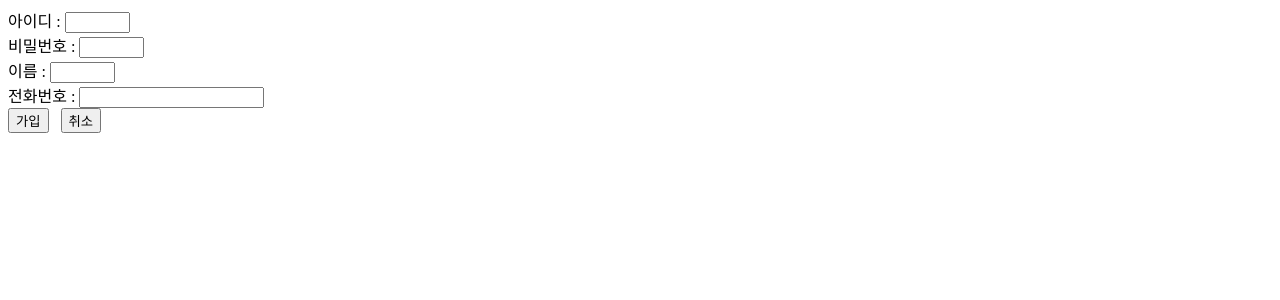
Repository: SeungMok/login_practice
Page: http://localhost/Login_practice/join.jsp
These files come from the project's save history. The page is drawn as it stood at one moment and after the next save; the edit follows.
The browser window is 1280 px wide. The pictures show the whole page.
The page is served by Tomcat 9. Other server files are loaded and not shown.

Above is the page before, as saved 2020-03-20 01:04:49.

### Login_practice/WebContent/join.jsp
<%@ page language="java" contentType="text/html; charset=EUC-KR"
    pageEncoding="EUC-KR"%>
<!DOCTYPE html>
<html>
<head>
<meta charset="EUC-KR">
<title>Insert title here</title>
</head>
<body>
	<form action="joinOk" method="post">
		아이디 : <input type="text" name="id" size=5></br>
		비밀번호 : <input type="text" name="pw" size=5></br>
		이름 : <input type="text" name="name" size=5></br>
		전화번호 : <input type="text" name="phone" size=20></br>
		<input type="button" value="가입" onclick="infoConfirm()">&nbsp;&nbsp;
		<input type="reset" value="취소" onclick="javascript:window.location='login.jsp'">
	</form>
</body>
</html>

After the next save:
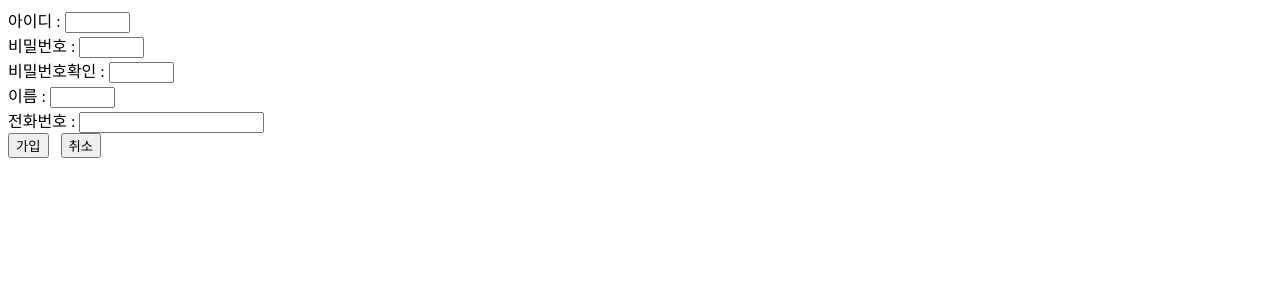
Saved 4 min 30 s later.
--- a/Login_practice/WebContent/join.jsp
+++ b/Login_practice/WebContent/join.jsp
@@ -7,9 +7,10 @@
 <title>Insert title here</title>
 </head>
 <body>
-	<form action="joinOk" method="post">
+	<form action="joinOk" method="post" name="join_frame">
 		아이디 : <input type="text" name="id" size=5></br>
-		비밀번호 : <input type="text" name="pw" size=5></br>
+		비밀번호 : <input type="password" name="pw" size=5></br>
+		비밀번호확인 : <input type="password" name="pw_confirm" size=5></br>
 		이름 : <input type="text" name="name" size=5></br>
 		전화번호 : <input type="text" name="phone" size=20></br>
 		<input type="button" value="가입" onclick="infoConfirm()">&nbsp;&nbsp;
